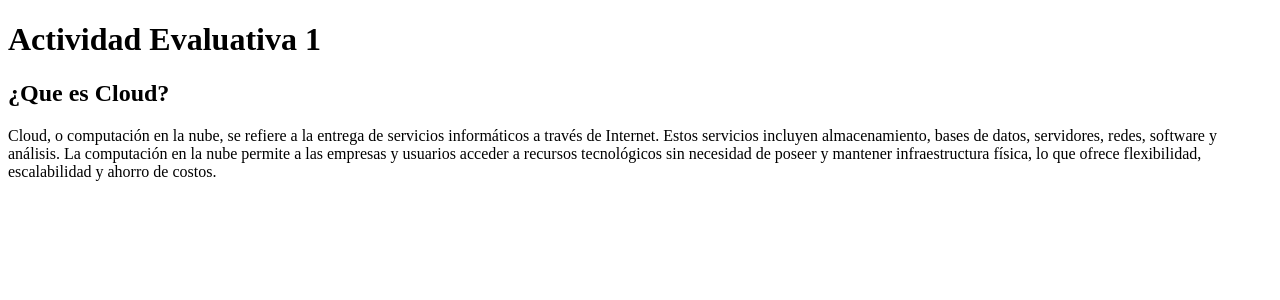
Repository: Laura-Oliveros/Actividad-Evaluativa-1
Page: LauSebas.html
These files come from the project's save history. The page is drawn as it stood at one moment and after the next save; the edit follows.
The browser window is 1280 px wide. The pictures show the whole page.

Above is the page before, as saved 2025-09-04 18:46:57.

### LauSebas.html
<!DOCTYPE html>
<html lang="en">
<head>
    <meta charset="UTF-8">
    <meta name="viewport" content="width=device-width, initial-scale=1.0">
    <title>Actividad Evaluativa 1</title>
</head>
<body>
    <h1>Actividad Evaluativa 1</h1>
    <h2>¿Que es Cloud?</h2>
    <p>Cloud, o computación en la nube, se refiere a la entrega de servicios informáticos a través de Internet.
    Estos servicios incluyen almacenamiento, bases de datos, servidores, redes, software y análisis.
    La computación en la nube permite a las empresas y usuarios acceder a recursos tecnológicos sin necesidad de poseer y mantener
    infraestructura física, lo que ofrece flexibilidad, escalabilidad y ahorro de costos.</p>


</body>
</html>

After the next save:
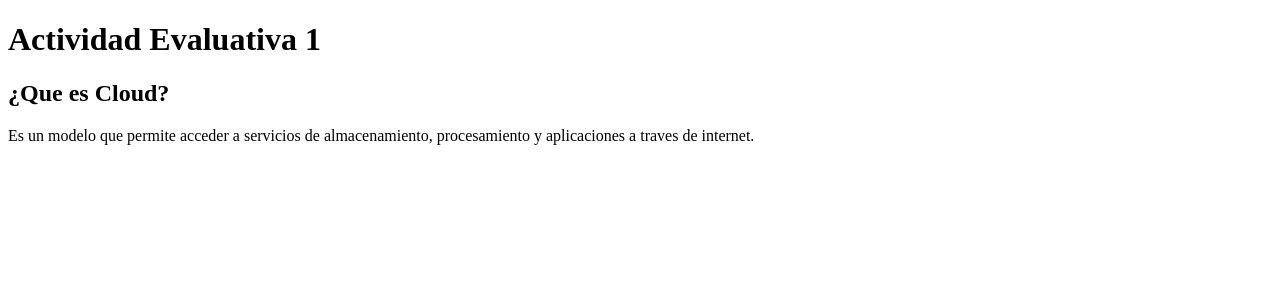
Saved 36 s later.
--- a/LauSebas.html
+++ b/LauSebas.html
@@ -8,10 +8,7 @@
 <body>
     <h1>Actividad Evaluativa 1</h1>
     <h2>¿Que es Cloud?</h2>
-    <p>Cloud, o computación en la nube, se refiere a la entrega de servicios informáticos a través de Internet.
-    Estos servicios incluyen almacenamiento, bases de datos, servidores, redes, software y análisis.
-    La computación en la nube permite a las empresas y usuarios acceder a recursos tecnológicos sin necesidad de poseer y mantener
-    infraestructura física, lo que ofrece flexibilidad, escalabilidad y ahorro de costos.</p>
+    <p>Es un modelo que permite acceder a servicios de almacenamiento, procesamiento y aplicaciones a traves de internet.</p>
 
 
 </body>
